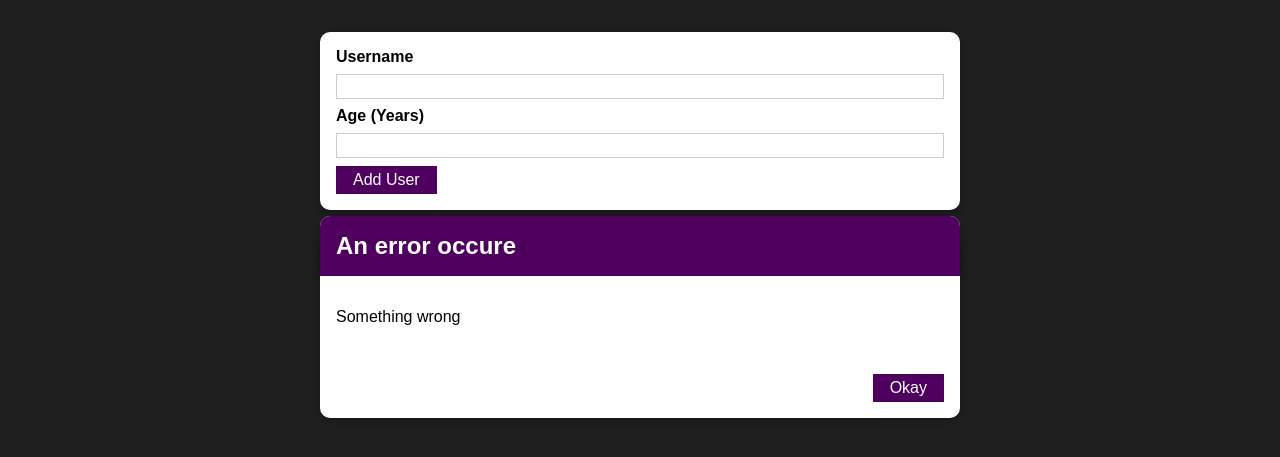
Repository: wenxi0504/React-userInput
Page: /
The author's editor kept a copy of each file at every save. The page is drawn from the files as they stood at one save, then again after the next save.
The browser window is 1280 px wide. The pictures show the whole page.
The project was rebuilt for these pictures with package versions that can differ from the ones it lists, and the page was loaded fresh each time.

Above is the page before, as saved 2022-06-01 00:51:32.

After the next save:
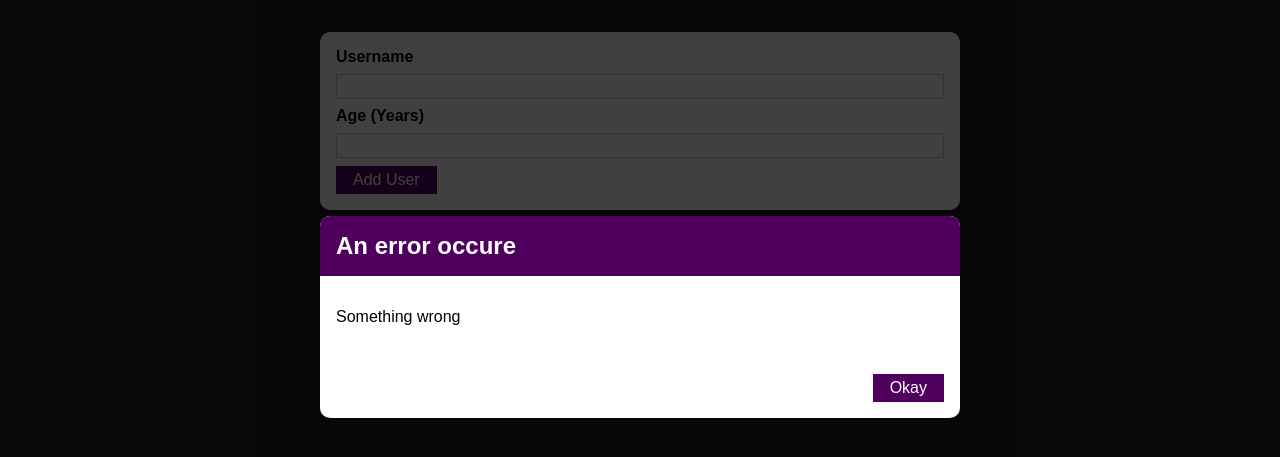
Saved 2 min 22 s later.
--- a/src/components/UI/ErrorModel.js
+++ b/src/components/UI/ErrorModel.js
@@ -5,17 +5,20 @@ import classes from "./ErrorModel.module.css";
 
 const ErrorModel = (props) => {
   return (
-    <Card className={classes.modal}>
-      <header className={classes.header}>
-        <h2>{props.title}</h2>
-      </header>
-      <div className={classes.content}>
-        <p>{props.message}</p>
-      </div>
-      <footer className={classes.actions}>
-        <Button>Okay</Button>
-      </footer>
-    </Card>
+    <div>
+      <div className={classes.backdrop} />
+      <Card className={classes.modal}>
+        <header className={classes.header}>
+          <h2>{props.title}</h2>
+        </header>
+        <div className={classes.content}>
+          <p>{props.message}</p>
+        </div>
+        <footer className={classes.actions}>
+          <Button>Okay</Button>
+        </footer>
+      </Card>
+    </div>
   );
 };
 
